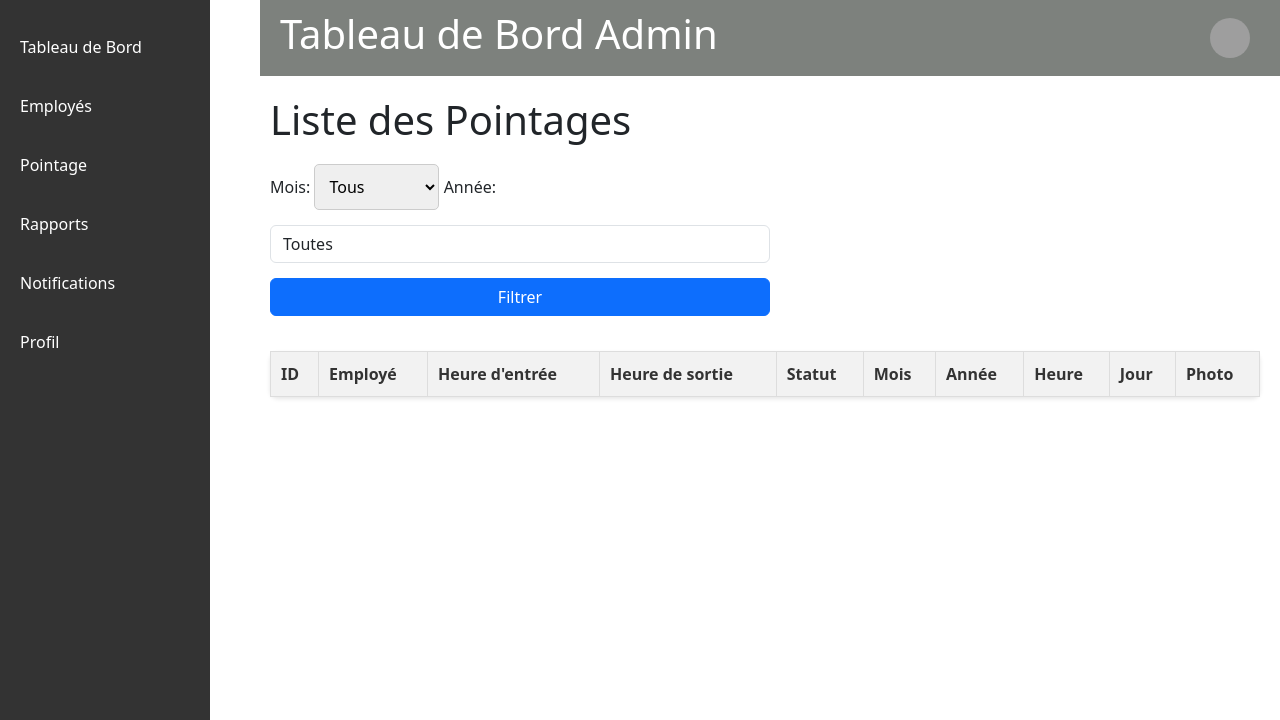
Repository: safa39652/projet-de-developpement-
Page: templates/pointage/liste.html.twig
These files come from the project's save history. The page is drawn as it stood at one moment and after the next save; the edit follows.
The browser window is 1280 px wide. The pictures show the whole page.
Pictures or frames that could not be fetched are drawn as grey boxes. Some web libraries are served in a nearby version. The page is a Twig template of a Symfony application; nobody is signed in and links lead nowhere. The template is opened directly, without the code that normally fills it, so the values that code supplies are empty.

Above is the page before, as saved 2024-12-27 22:31:01.

### templates/pointage/liste.html.twig
{% extends 'base.html.twig' %}

{% block title %}Rapport des Employés{% endblock %}

{% block body %}
<h1>Liste des Pointages</h1>

<!-- Formulaire de filtrage -->
<div style="margin-bottom: 20px;">
    <form method="get" action="{{ path('filter') }}" class="form-inline">
        <div class="form-group mr-2">
            <label for="mois" class="mr-2">Mois:</label>
            <select name="mois" id="mois" >
                <option value="">Tous</option>
                <option value="01" {% if app.request.get('mois') == '01' %}selected{% endif %}>Janvier</option>
                <option value="02" {% if app.request.get('mois') == '02' %}selected{% endif %}>Février</option>
                <option value="03" {% if app.request.get('mois') == '03' %}selected{% endif %}>Mars</option>
                <option value="04" {% if app.request.get('mois') == '04' %}selected{% endif %}>Avril</option>
                <option value="05" {% if app.request.get('mois') == '05' %}selected{% endif %}>Mai</option>
                <option value="06" {% if app.request.get('mois') == '06' %}selected{% endif %}>Juin</option>
                <option value="07" {% if app.request.get('mois') == '07' %}selected{% endif %}>Juillet</option>
                <option value="08" {% if app.request.get('mois') == '08' %}selected{% endif %}>Août</option>
                <option value="09" {% if app.request.get('mois') == '09' %}selected{% endif %}>Septembre</option>
                <option value="10" {% if app.request.get('mois') == '10' %}selected{% endif %}>Octobre</option>
                <option value="11" {% if app.request.get('mois') == '11' %}selected{% endif %}>Novembre</option>
                <option value="12" {% if app.request.get('mois') == '12' %}selected{% endif %}>Décembre</option>
            </select>



            <label for="annee" >Année:</label>
            <select name="annee" id="annee" class="form-control">
                <option value="">Toutes</option>
                <option value="2023" {% if app.request.get('annee') == '2023' %}selected{% endif %}>2023</option>
                <option value="2024" {% if app.request.get('annee') == '2024' %}selected{% endif %}>2024</option>
                <option value="2025" {% if app.request.get('annee') == '2025' %}selected{% endif %}>2025</option>
                <option value="2026" {% if app.request.get('annee') == '2026' %}selected{% endif %}>2026</option>
            </select>
        </div>
        <!--
        <div class="form-group mr-2">
            <label for="jour" class="mr-2">Jour:</label>
            <select name="jour" id="jour" class="form-control">
                <option value="">Tous</option>
                <option value="Monday" {% if app.request.query.get('jour') == 'Monday' %}selected{% endif %}>Lundi</option>
                <option value="Tuesday" {% if app.request.query.get('jour') == 'Tuesday' %}selected{% endif %}>Mardi</option>
                <option value="Wednesday" {% if app.request.query.get('jour') == 'Wednesday' %}selected{% endif %}>Mercredi</option>
                <option value="Thursday" {% if app.request.query.get('jour') == 'Thursday' %}selected{% endif %}>Jeudi</option>
                <option value="Friday" {% if app.request.query.get('jour') == 'Friday' %}selected{% endif %}>Vendredi</option>
                <option value="Saturday" {% if app.request.query.get('jour') == 'Saturday' %}selected{% endif %}>Samedi</option>
                <option value="Sunday" {% if app.request.query.get('jour') == 'Sunday' %}selected{% endif %}>Dimanche</option>
            </select>
        </div>-->

        <button type="submit" class="btn btn-primary">Filtrer</button>
    </form>
</div>

<!-- Tableau des pointages -->
<table border="1" cellspacing="0" cellpadding="5">
    <thead>
        <tr>
            <th>ID</th>
            <th>Employé</th>
            <th>Heure d'entrée</th>
            <th>Heure de sortie</th>
            <th>Statut</th>
            <th>Mois</th>
            <th>Année</th>
            <th>Heure</th>
            <th>Jour</th>
            <th>Photo</th>
        </tr>
    </thead>
    <tbody>
        {% for pointage in pointages %}
            <tr>
                <td>{{ pointage.id }}</td>
                <td>{{ pointage.employe }}</td>
                <td>{{ pointage.heureEntree|date('Y-m-d H:i:s') }}</td>
                <td>{{ pointage.heureSortie ? pointage.heureSortie|date('Y-m-d H:i:s') : 'N/A' }}</td>
                <td>{{ pointage.statut }}</td>
                <td>{{ pointage.mois }}</td>
                <td>{{ pointage.annee }}</td>
                <td>{{ pointage.heure|date('H:i:s') }}</td>
                <td>{{ pointage.jour }}</td>
                <td>
                    {% if pointage.photo %}
                        <img src="{{ asset(pointage.photo) }}" alt="Photo de pointage" style="width: 100px; height: auto;">
                    {% else %}
                        Pas d'image
                    {% endif %}
                </td>
            </tr>
        {% endfor %}
    </tbody>
</table>
{% endblock %}

### templates/base.html.twig
<!DOCTYPE html>
<html lang="fr">
  <head>
    <meta charset="UTF-8" />
    <meta name="viewport" content="width=device-width, initial-scale=1.0" />
    <title>Admin Dashboard</title>
    <link rel="stylesheet" href="{{ asset('css/style.css') }}" />
    <script src="https://cdn.jsdelivr.net/npm/chart.js"></script>
    <script src="https://cdn.jsdelivr.net/npm/jquery@3.6.0/dist/jquery.min.js"></script>
    <script src="https://cdn.jsdelivr.net/npm/moment@2.29.1/moment.min.js"></script>
    <script src="https://cdn.jsdelivr.net/npm/fullcalendar@3.2.0/dist/fullcalendar.min.js"></script>
    <link href="https://cdn.jsdelivr.net/npm/bootstrap@5.3.0/dist/css/bootstrap.min.css" rel="stylesheet">
    <script src="https://cdn.jsdelivr.net/npm/bootstrap@5.3.0/dist/js/bootstrap.bundle.min.js"></script>
    <style>
  /* Tableau en fond blanc avec texte sombre */
  table {
    width: 100%;
    border-collapse: collapse;
    background-color: #fff; /* Fond blanc pour le tableau */
    color: #333; /* Texte sombre pour une bonne lisibilité */
    border-radius: 8px;
    box-shadow: 0 2px 4px rgba(0, 0, 0, 0.1); /* Légère ombre pour le tableau */
  }

  /* Style des en-têtes du tableau */
  table th {
    background-color: #f2f2f2; /* Fond léger pour les en-têtes */
    color: #333; /* Texte sombre pour les en-têtes */
    padding: 10px;
    text-align: left;
    font-weight: bold;
  }

  /* Style des lignes du tableau */
  table td {
    padding: 10px;
    border-top: 1px solid #ddd; /* Bordure légère entre les lignes */
  }

  /* Style au survol des lignes du tableau */
  table tr:hover {
    background-color: #f9f9f9; /* Survol légèrement plus clair */
  }
</style>

  </head>
<body>
    <header>
      <h1>Tableau de Bord Admin</h1>
      <div class="admin-profile">
        <div class="avatar-container">
          <img
            src="https://img.icons8.com/color/512w/administrator-male.png"
            alt="Admin Avatar"
            class="avatar"
          />
          <div class="dropdown-menu">
            <a href="{{ path('app_front_profile') }}">Voir Profil</a>
            <a href="{{ path('app_home') }}">Se Déconnecter</a>
          </div>
        </div>
      </div>
    </header>
    <aside class="sidebar">
      <ul>
        <li><a href="{{ path('app_front_dashboard')}}">Tableau de Bord</a></li>
        <li><a href="{{ path('employe_list')}}">Employés</a></li>
           <li><a href="{{ path('pointage_page')}}"target="_blank"> Pointage</a></li>
         <li><a href="{{ path('rapport_page') }}"target="_blank">Rapports</a></li>
        <li><a href="#notifications">Notifications</a></li>
        <li><a href="{{ path('app_front_profile') }}">Profil</a></li>
      </ul>
    </aside>
    <main>
      {% block body %}{% endblock %}
    </main>

  </body>
</html>

### public/css/Style.css
/* General Styles */
body {
  margin: 0;
  font-family: Arial, sans-serif;
  display: flex;
  flex-direction: column;
  min-height: 100vh;
  color: #333;
  background-color: #f4f7fc;
}

h2 {
  margin: 20px 0;
  font-size: 24px;
  color: #444;
}

/* Sidebar */
.sidebar {
  width: 210px;
  background-color: #333;
  color: #fff;
  height: 100vh;
  position: fixed;
  top: 0;
  left: 0;
  display: flex;
  flex-direction: column;
  padding: 10px;
}

.sidebar ul {
  list-style: none;
  padding: 0;
  margin: 0;
}

.sidebar ul li {
  margin: 15px 0;
}

.sidebar ul li a {
  text-decoration: none;
  color: #fff;
  display: block;
  padding: 10px;
  border-radius: 5px;
  transition: background 0.3s ease;
}

.sidebar ul li a:hover {
  background-color: #575757;
}

/* Header */
header {
  display: flex;
  justify-content: space-between;
  align-items: center;
  background-color: #7d817d;
  color: #fff;
  padding: 10px 20px;
  margin-left: 260px;
}

header .admin-profile {
  display: flex;
  align-items: center;
}

header .avatar {
  width: 40px;
  height: 40px;
  border-radius: 50%;
  margin-right: 10px;
}

header .sign-out {
  margin-left: 20px;
  text-decoration: none;
  color: #fff;
  padding: 5px 10px;
  background-color: #0f0f0f;
  border-radius: 5px;
  transition: background 0.3s ease;
}

header .sign-out:hover {
  background-color: #e64a19;
}

/* Main Content */
main {
  margin-left: 250px;
  padding: 20px;
  width: calc(100% - 250px);
}

/* Dashboard Cards */
.cards-container {
  display: flex;
  gap: 20px;
}

.card {
  background-color: #f9f9f9;
  padding: 20px;
  border-radius: 5px;
  box-shadow: 0 2px 4px rgba(0, 0, 0, 0.1);
  flex: 1;
  text-align: center;
}

.card h3 {
  margin-bottom: 10px;
}

.card p {
  font-size: 24px;
  color: #4e4d50;
}

/* Employee Table */
table {
  width: 100%;
  border-collapse: collapse;
  margin: 20px 0;
}

table th,
table td {
  padding: 10px;
  text-align: left;
  border: 1px solid #ddd;
}

table th {
  background-color: #696969;
  color: white;
}

table tr:nth-child(even) {
  background-color: #f9f9f9;
}

table tr:hover {
  background-color: #f1f1f1;
}

/* Notifications */
#notifications ul {
  list-style: none;
  padding: 0;
}

#notifications ul li {
  background-color: #fff8e1;
  padding: 10px;
  margin: 10px 0;
  border-left: 5px solid #ff9800;
  border-radius: 3px;
}

/* Forms */
form {
  max-width: 500px;
  margin: 20px 0;
  display: flex;
  flex-direction: column;
}

form label {
  margin-bottom: 5px;
}

form input,
form select,
form button {
  margin-bottom: 15px;
  padding: 10px;
  font-size: 16px;
  border: 1px solid #ccc;
  border-radius: 5px;
}

form button {
  background-color: #696969;
  color: white;
  border: none;
  cursor: pointer;
  transition: background 0.3s ease;
}

form button:hover {
  background-color: #555;
}

/* Footer */
footer {
  background-color: #333;
  color: #fff;
  text-align: center;
  padding: 10px 20px;
  margin-top: auto;
}

/* Modal */
.modal {
  position: fixed;
  top: 50%;
  left: 50%;
  transform: translate(-50%, -50%);
  background-color: #fff;
  padding: 20px;
  box-shadow: 0 4px 8px rgba(0, 0, 0, 0.2);
  border-radius: 8px;
  z-index: 1000;
  width: 400px;
  display: none;
}

.modal.visible {
  display: block;
}

.modal h2 {
  margin-top: 0;
  color: #444;
}

.modal button {
  background-color: #e74c3c;
  color: white;
}

.modal button.close-modal {
  margin-top: 10px;
  background-color: #555;
}

.modal button.close-modal:hover {
  background-color: #333;
}

/* Chart Container */
.chart-container {
  display: block;
  box-sizing: border-box;
  height: 350px; /* Adjusted for better visibility */
  width: 100%;
  max-width: 600px; /* Ensuring responsiveness */
  margin: 0 auto;
}

.card {
  background-color: #fff;
  box-shadow: 0 4px 6px rgba(0, 0, 0, 0.1);
  margin: 20px;
  padding: 20px;
  border-radius: 8px;
}

.card h3 {
  margin-bottom: 20px;
}

After the next save:
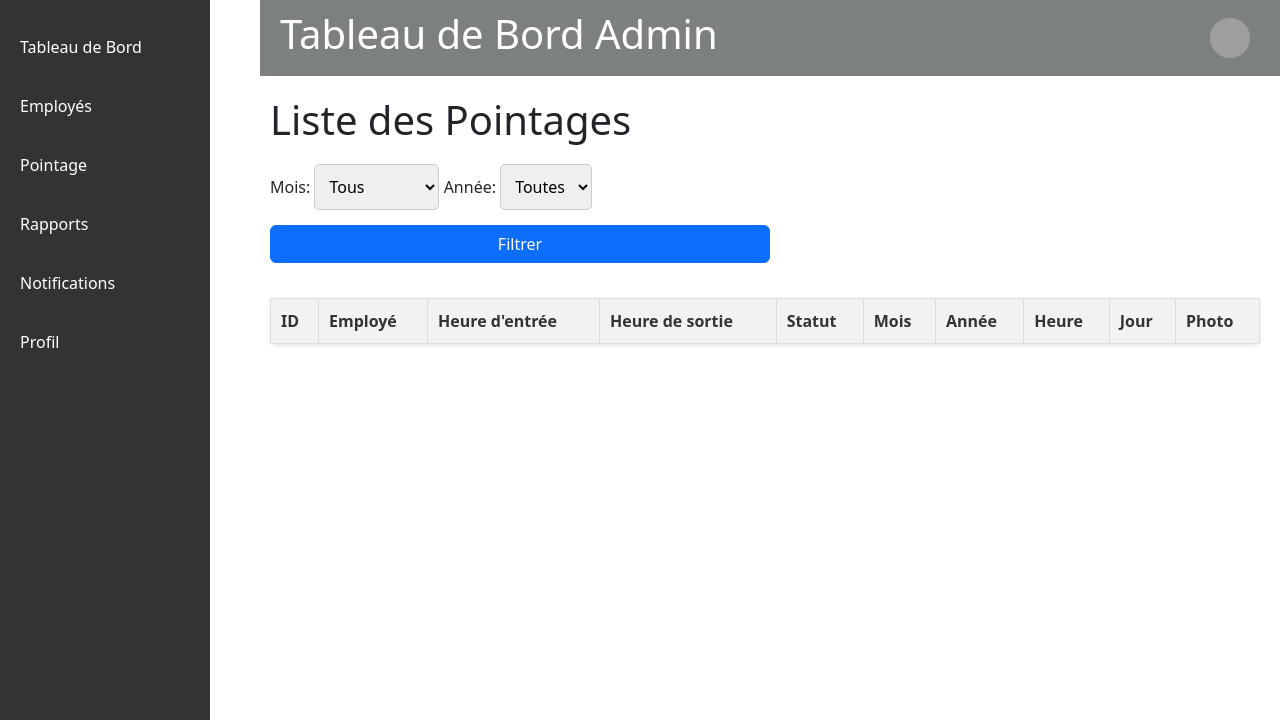
Saved 27 s later.
--- a/templates/pointage/liste.html.twig
+++ b/templates/pointage/liste.html.twig
@@ -29,7 +29,7 @@
 
 
             <label for="annee" >Année:</label>
-            <select name="annee" id="annee" class="form-control">
+            <select name="annee" id="annee" >
                 <option value="">Toutes</option>
                 <option value="2023" {% if app.request.get('annee') == '2023' %}selected{% endif %}>2023</option>
                 <option value="2024" {% if app.request.get('annee') == '2024' %}selected{% endif %}>2024</option>
